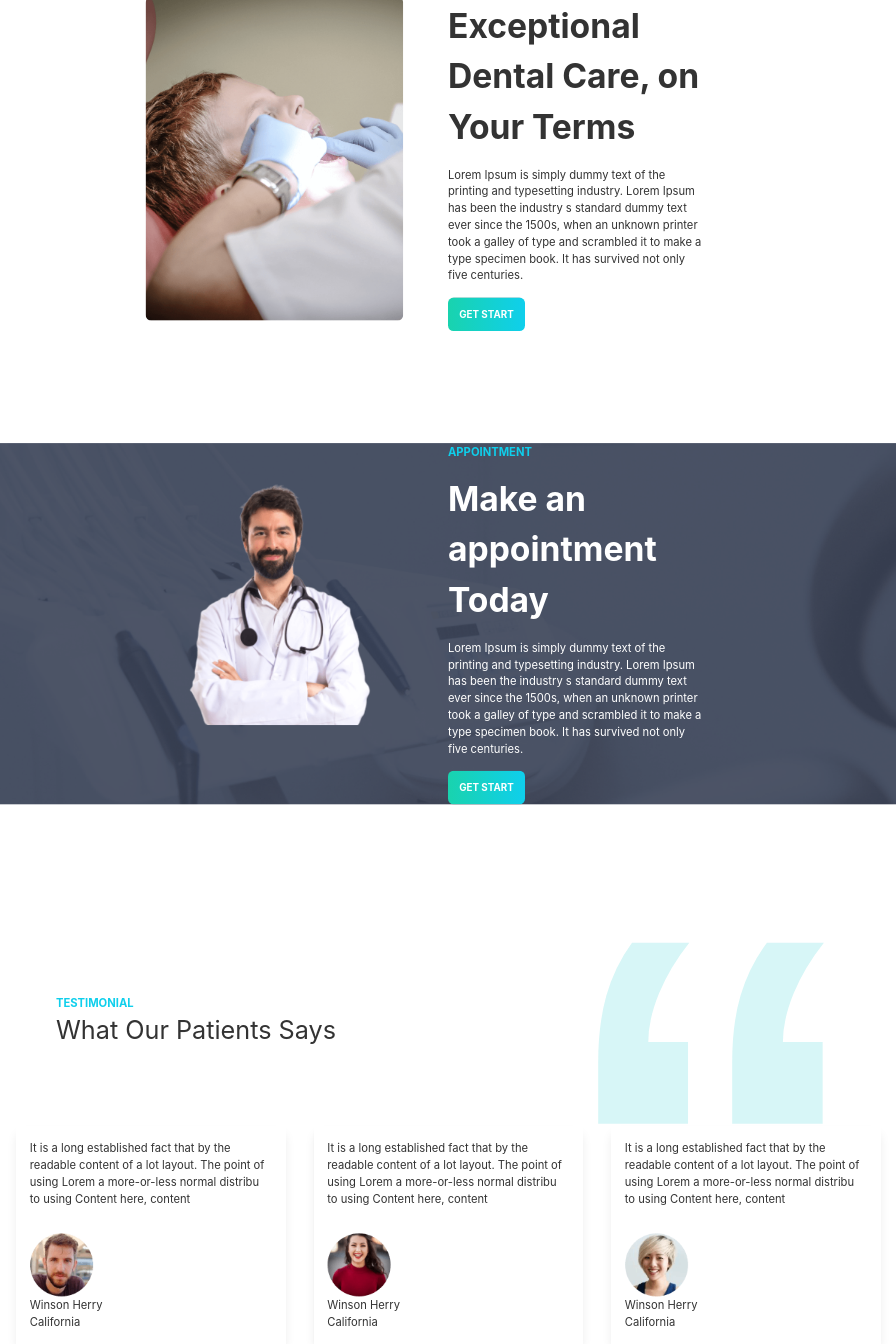
Repository: shikubro90/doctorsportal
Page: /
These files come from the project's save history. The page is drawn as it stood at one moment and after a run of saves; the edit follows.
The browser window is 1280 px wide. The pictures show the part of the page from y = 1810 to 3730 px (the page is 3730 px tall), at 70% of full size.
The project was rebuilt for these pictures with package versions that can differ from the ones it lists, and the page was loaded fresh each time. Also part of the build but not shown: src/App.css, src/Pages/About/About.jsx.

Above is the page before, as saved 2022-10-02 10:09:13.

After the next 4 saves:
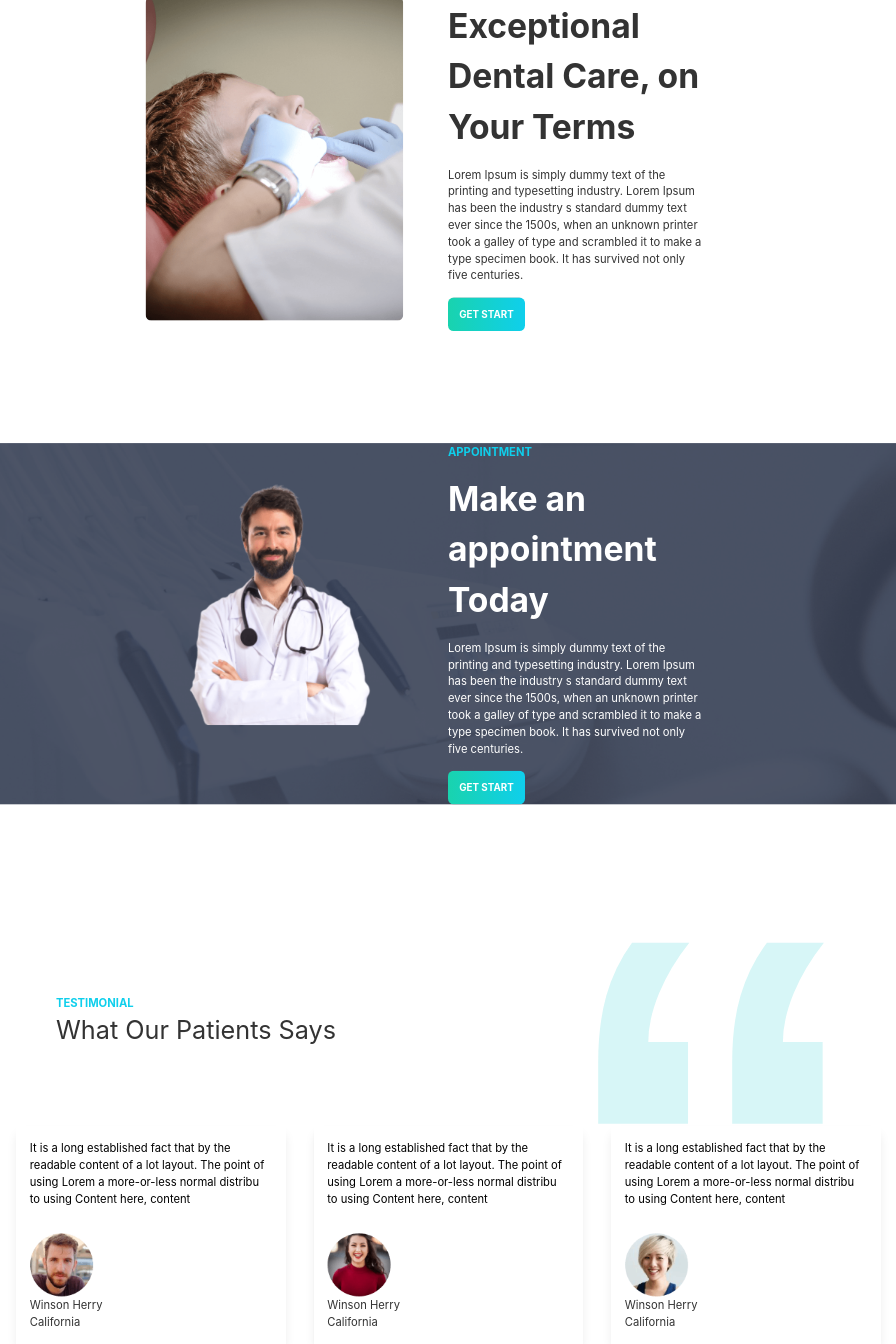
The 4 saves are shown as one change because they came seconds apart.
The last was saved 31 s later.
--- a/src/Pages/Home/TestimonialCard.jsx
+++ b/src/Pages/Home/TestimonialCard.jsx
@@ -6,7 +6,7 @@ const TestimonialCard = (props) => {
     <div className='mainCard w-[385px] shadow-lg p-5'>
         <div className="CardBody flex flex-col gap-[38px]">
             <div className="desc">
-                <p>{desc}</p>
+                <p className='text-black'>{desc}</p>
             </div>
             <div className="bio">
                 <img src={image} alt="" />
